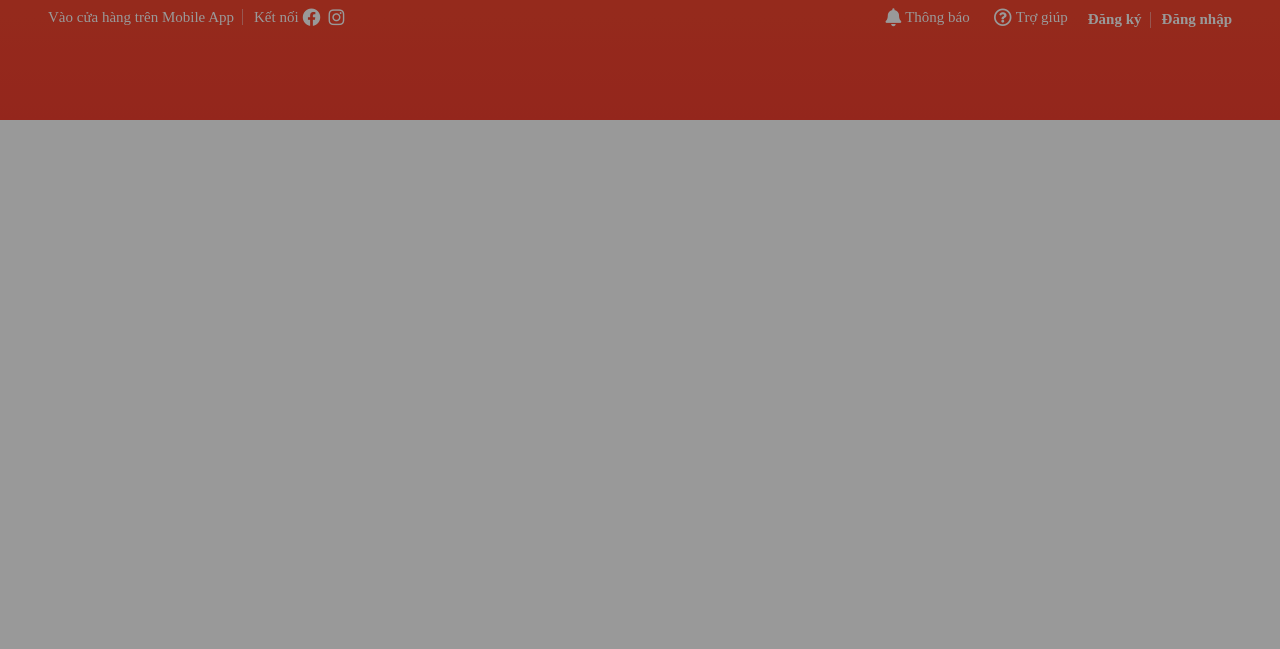
Repository: Qson412/BTL_Web
Page: index.html
These files come from the project's save history. The page is drawn as it stood at one moment and after the next save; the edit follows.
The browser window is 1280 px wide. The pictures show the whole page.

Above is the page before, as saved 2021-11-29 10:35:46.

After the next save:
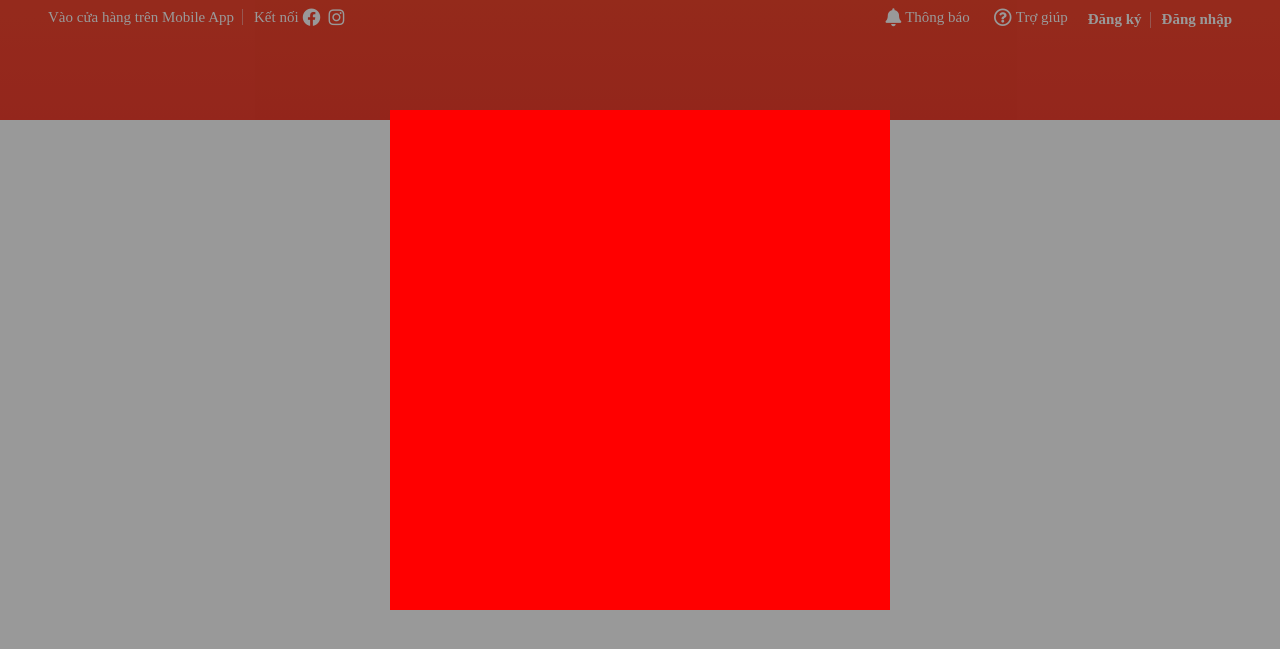
Saved 21 s later.
--- a/base.css
+++ b/base.css
@@ -42,5 +42,7 @@ body{
 .modal__body{
     z-index: 1;
    background-color: red;
+   width: 500px;
+   height: 500px;
     margin: auto;
 }
